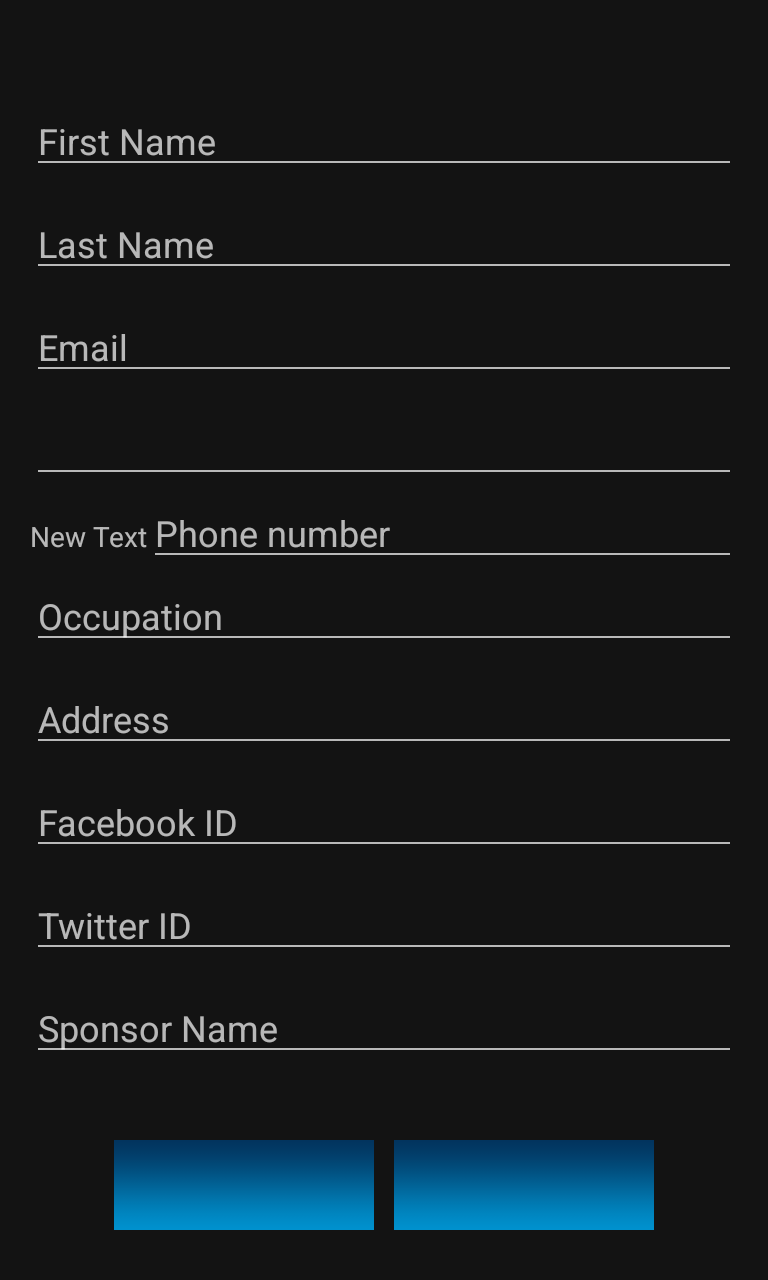
Repository: umeshdhuri/iOr
Layout: CharityApp/res/layout/update_profile.xml
The author's editor kept a copy of each file at every save. The layout is drawn from the files as they stood at one save, then again after the next save.
It is drawn on a 768 x 1280 px phone screen (xhdpi) without system bars, with theme AppTheme; the app's code is not run.

Above is the layout before, as saved 2014-04-09 17:40:30.

After the next save:
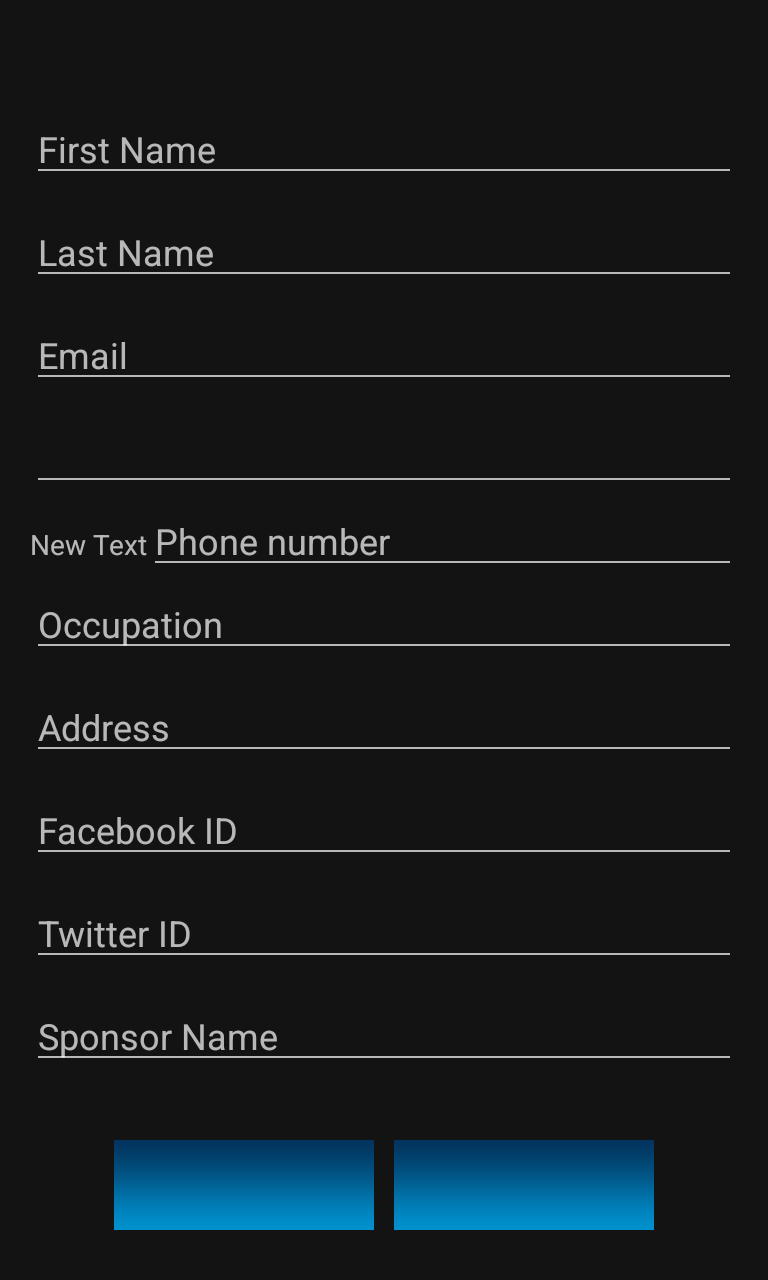
Saved 88 s later.
--- a/CharityApp/res/layout/update_profile.xml
+++ b/CharityApp/res/layout/update_profile.xml
@@ -56,7 +56,7 @@
         android:layout_height="wrap_content"
         android:layout_marginTop="10dp"
         android:tag="about_update_profile"
-        android:textSize="17dp" />
+        android:textSize="20sp" />
 
     <EditText
         android:id="@+id/firstName"
